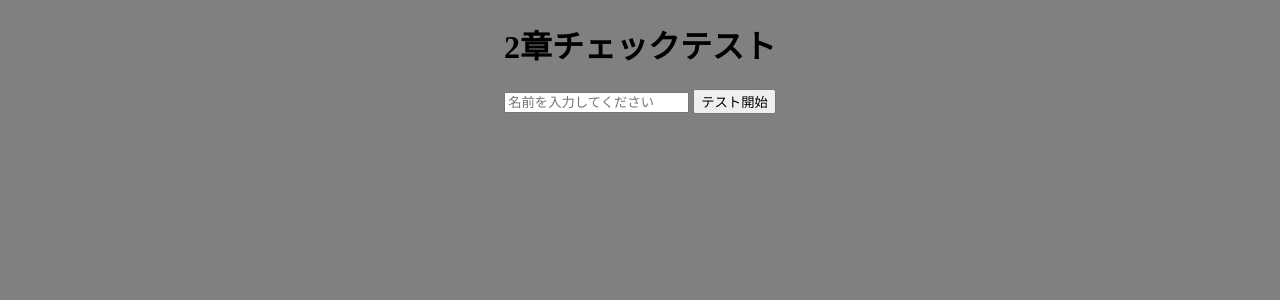
Repository: natuki-i/curriculum
Page: http://localhost/
These files come from the project's save history. The page is drawn as it stood at one moment and after the next save; the edit follows.
The browser window is 1280 px wide. The pictures show the whole page.
The page is run by PHP 8.4 with error messages shown; the project is at /var/www/html/.

Above is the page before, as saved 2022-12-31 20:59:17.

After the next save:
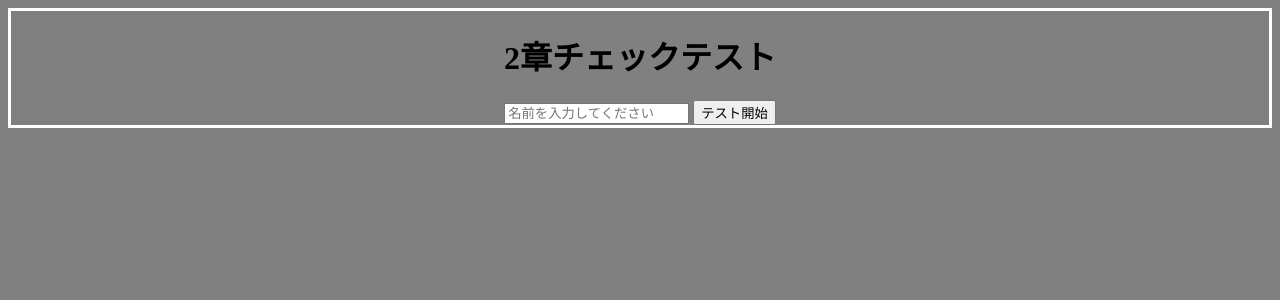
Saved 4 min 1 s later.
--- a/PHPjob/3-4/style.css
+++ b/PHPjob/3-4/style.css
@@ -1,4 +1,5 @@
 body {
     background-color: gray;
     text-align: center;
+    border: solid white
   }
